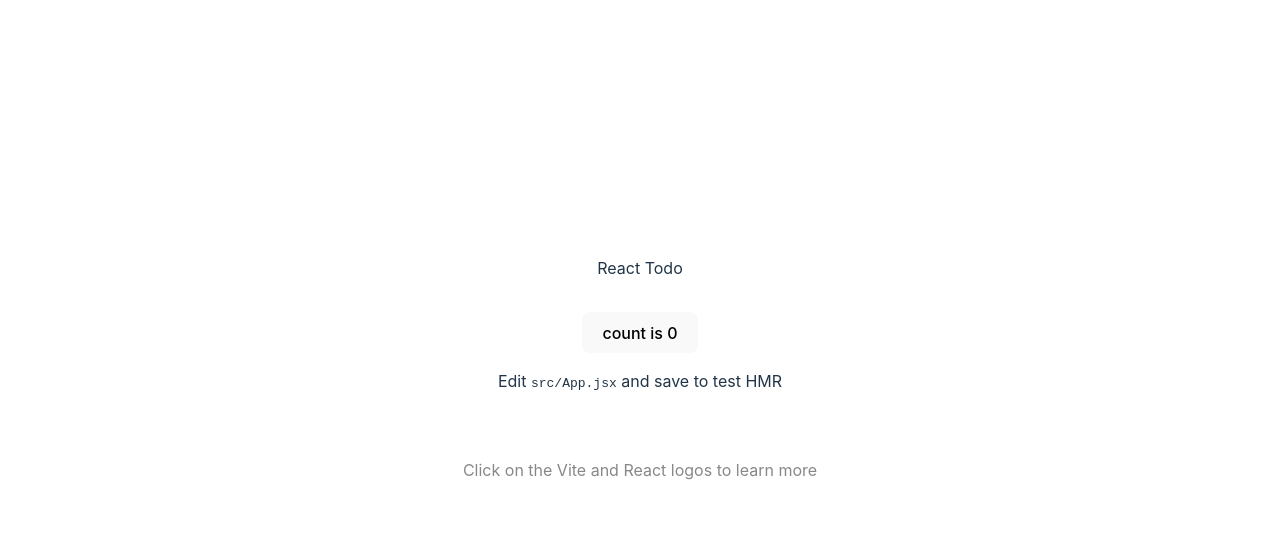
Repository: feyroozecode/React-Todo
Page: /
The author's editor kept a copy of each file at every save. The page is drawn from the files as they stood at one save, then again after a run of saves.
The browser window is 1280 px wide. The pictures show the whole page.
The project was rebuilt for these pictures with package versions that can differ from the ones it lists, and the page was loaded fresh each time. Also part of the build but not shown: vite.config.js.

Above is the page before, as saved 2023-09-20 17:38:45.

After the next 4 saves:
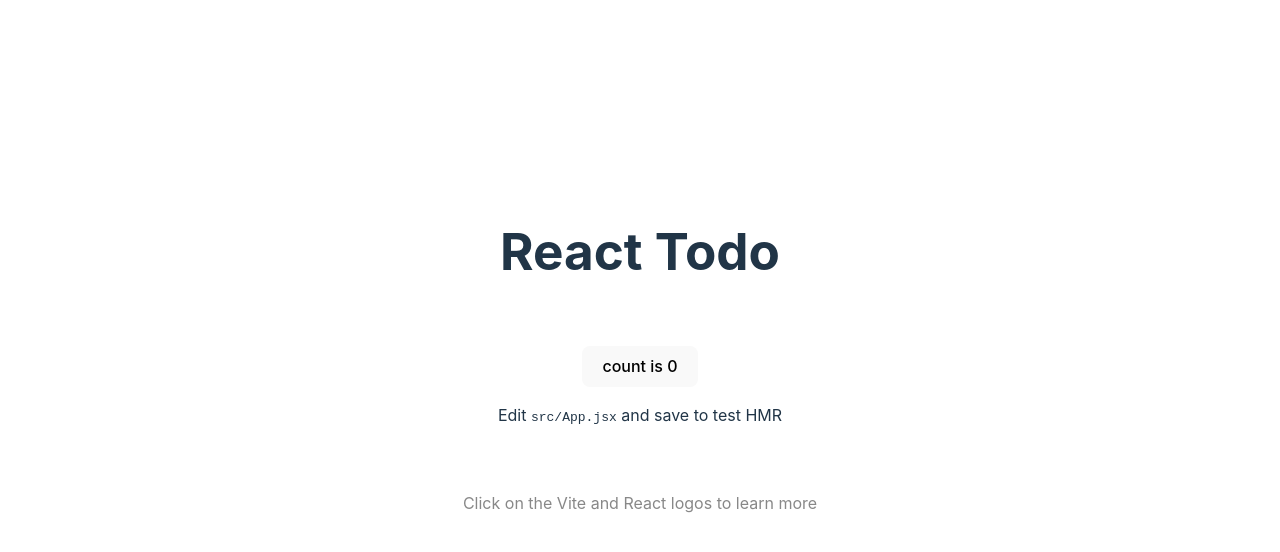
The 4 saves are shown as one change because they came seconds apart.
The last was saved 10 s later.
--- a/src/App.jsx
+++ b/src/App.jsx
@@ -10,8 +10,7 @@
   return (
     <>
       <div>
-        <center> <h1> </h1> React Todo </center>
-
+        <center> <h1> React Todo </h1> </center>
       </div>
       <div className="card">
         <button onClick={() => setCount((count) => count + 1)}>
